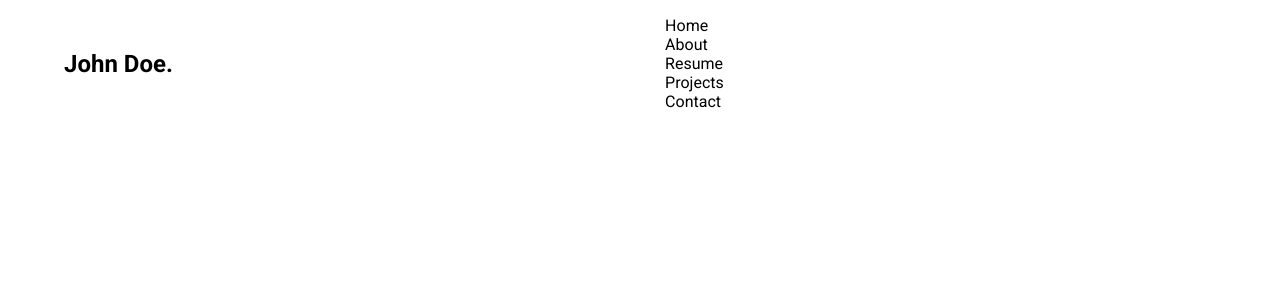
Repository: DevAntonioRogers/portfolio-tutorial
Page: index.html
The author's editor kept a copy of each file at every save. The page is drawn from the files as they stood at one save, then again after the next save.
The browser window is 1280 px wide. The pictures show the whole page.

Above is the page before, as saved 2023-10-31 22:46:09.

After the next save:
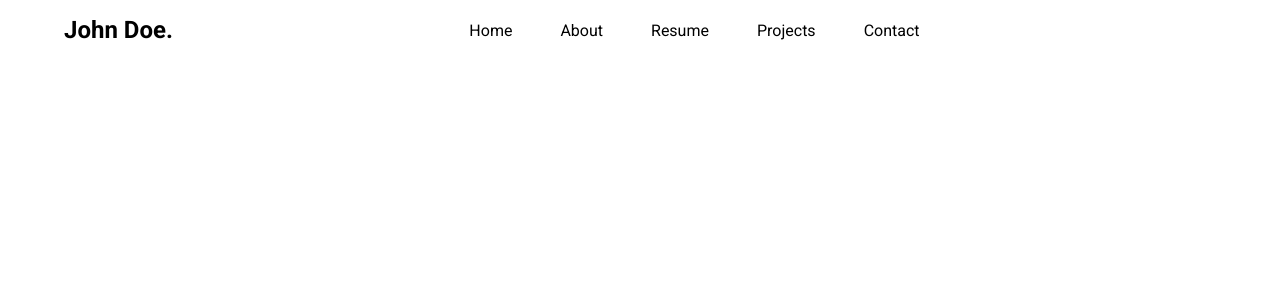
Saved 41 s later.
--- a/styles/navbar.css
+++ b/styles/navbar.css
@@ -13,3 +13,9 @@
   justify-content: space-between;
   align-items: center;
 }
+
+.nav-menu {
+  display: flex;
+  gap: 3rem;
+  align-items: center;
+}
